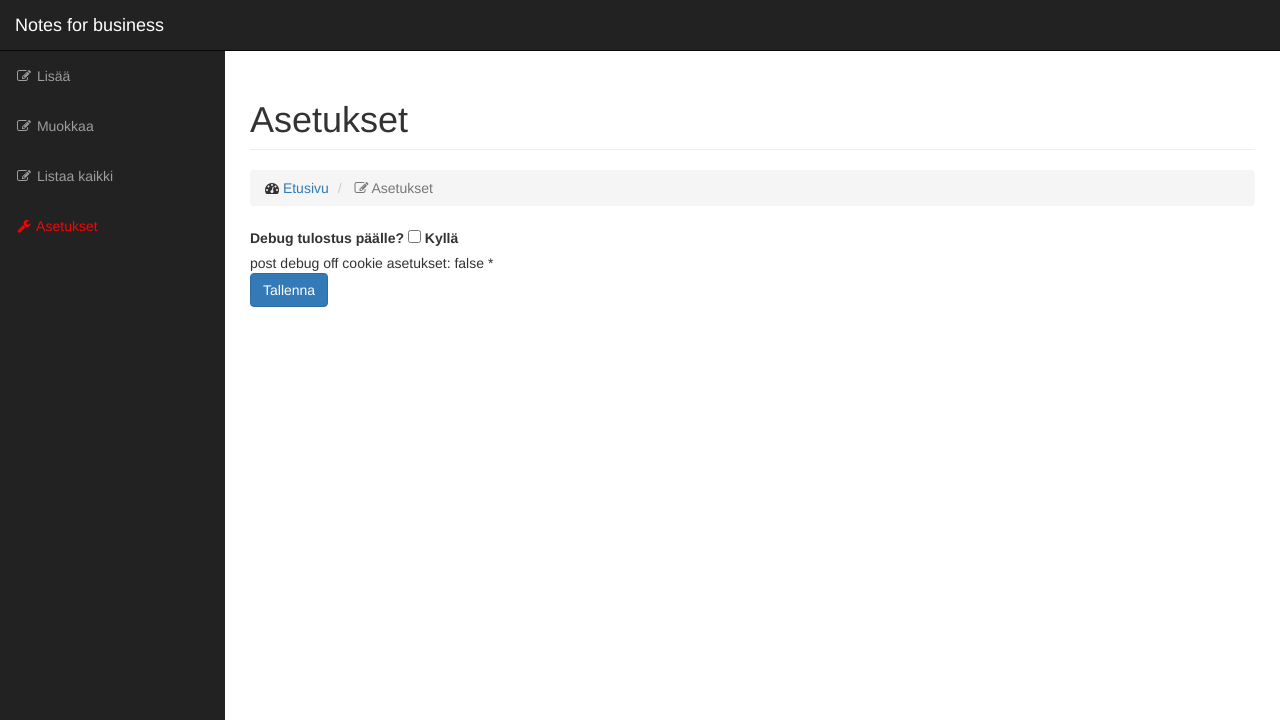
Repository: TommiKurjensalo/php
Page: http://localhost/asetukset.php
The author's editor kept a copy of each file at every save. The page is drawn from the files as they stood at one save, then again after the next save.
The browser window is 1280 px wide. The pictures show the whole page.
The page is run by PHP 8.4 with error messages shown; the project is at /var/www/html/.

Above is the page before, as saved 2017-04-21 19:48:57.

### sivut/asetukset.php
<?php
require_once "asetuksetLuokka.php";

// Käynnistetään sessio
session_start ();

// Onko painettu tallenna-painiketta
if (isset($_POST["tallenna"])) {
	echo "<div style='padding-left:300px;'>";
	echo "post debug: ".(isset($_POST["debug"]) ? $_POST["debug"] : 'notSet') ."  tallenna painike valittu ";
	// Viedään muodostimelle kenttien arvot
		if (isset($_POST["debug"])) {
			$asetukset = $_POST["debug"];

			// Kirjoitetaan session tiedot talteen
			$_SESSION ["asetukset"] = $_POST["debug"];
			session_write_close ();

			// Asetetaan cookie, koska debug haluttiin päälle
			setcookie("isDebug", $_POST["debug"], time() +86400, "/sivut/"); // 86400 = 1 day
			echo "<br> Cookies are enabled";
			} else {
				// Tuhotaan cookie, koska käyttäjä niin halusi
				setcookie("isDebug", "", time() - 3600, "/sivut/");
				echo "<br> if isset post debug else tuhotaan ";
				$_SESSION = array ();

					if (isset ( $_COOKIE [session_name ()] )) {
						setcookie ( session_name (), '', time () - 100, '/' );
					}

				session_destroy ();
				$asetukset=null;
				echo "<br> Cookies are disabled";
		}

	echo "</div>";

	echo "<div style='padding-left:300px;'>if cookie debug sisältö: " .(isset($_COOKIE["isDebug"]) ? $_COOKIE["isDebug"] :'false'). "</div>";

}

elseif (isset ( $_POST ["debug"] )) {
	if (isset ( $_SESSION ["asetukset"] )) {
		echo "<div style='padding-left:300px;'> elseif isset post&session </div>";
		$_SESSION = array ();

		if (isset ( $_COOKIE [session_name ()] )) {
			setcookie ( session_name (), '', time () - 100, '/' );
		}

		session_destroy ();
	}

} else {

	// Sivulle tultiin ensimmäistä kertaa
	if (isset ($_COOKIE["isDebug"] )) {
		if (isset ( $_SESSION ["asetukset"] )) {
			echo "<div style='padding-left:300px;'><br>else isset session asetukset sisältö: " .$_SESSION ["asetukset"]. "</div>";
		}

		$asetukset = $_COOKIE["isDebug"];
		echo "<div style='padding-left:300px;'>";
		var_dump($asetukset);
		echo "</div>";
		echo "<div style='padding-left:300px;'>else isset cookie debug sisältö: " .$_COOKIE["isDebug"]. "</div>";
	} elseif (isset ( $_SESSION ["asetukset"] )) {
		$asetukset=$_SESSION ["asetukset"];
	}
		// Tehdään tyhjä olio
		$asetukset = new Asetukset();



}

?>

<!DOCTYPE html>
<html lang="en">

<head>

    <meta charset="utf-8">
    <meta http-equiv="X-UA-Compatible" content="IE=edge">
    <meta name="viewport" content="width=device-width, initial-scale=1">
    <meta name="description" content="">
    <meta name="author" content="">

    <title>Notes</title>

    <!-- Bootstrap Core CSS -->
    <link href="css/bootstrap.min.css" rel="stylesheet">

    <!-- Custom CSS -->
    <link href="css/sb-admin.css" rel="stylesheet">

    <!-- Custom Fonts -->
    <link href="font-awesome/css/font-awesome.min.css" rel="stylesheet" type="text/css">

    <!-- HTML5 Shim and Respond.js IE8 support of HTML5 elements and media queries -->
    <!-- WARNING: Respond.js doesn't work if you view the page via file:// -->
    <!--[if lt IE 9]>
        <script src="https://oss.maxcdn.com/libs/html5shiv/3.7.0/html5shiv.js"></script>
        <script src="https://oss.maxcdn.com/libs/respond.js/1.4.2/respond.min.js"></script>
    <![endif]-->

</head>

<body>

    <div id="wrapper">

        <!-- Navigation -->
        <nav class="navbar navbar-inverse navbar-fixed-top" role="navigation">
            <!-- Brand and toggle get grouped for better mobile display -->
            <div class="navbar-header">
                 <a class="navbar-brand" href="index.php">Notes for business</a>

            </div>

            <!-- Sidebar Menu Items - These collapse to the responsive navigation menu on small screens -->
            <div class="collapse navbar-collapse navbar-ex1-collapse">
                <ul class="nav navbar-nav side-nav">
                    <li>
                        <a href="lisaa.php"> <i class="fa fa-fw fa-edit"></i> Lisää</a>
                    </li>
                    <li>
                        <a href="muokkaa.php"><i class="fa fa-fw fa-edit"></i> Muokkaa</a>
                    </li>
                    <li>
                        <a href="listaaKaikki.php"><i class="fa fa-fw fa-edit"></i> Listaa kaikki</a>
                    </li>
                    <li>
                        <a href="asetukset.php" class="active"><i class="fa fa-fw fa-wrench"></i> Asetukset</a>
                    </li>

                </ul>
            </div>
            <!-- /.navbar-collapse -->
        </nav>

        <div id="page-wrapper">

            <div class="container-fluid">

                <!-- Page Heading -->
                <div class="row">
                    <div class="col-lg-12">
                        <h1 class="page-header">
                            Asetukset
                        </h1>
                        <ol class="breadcrumb">
                            <li>
                                <i class="fa fa-dashboard"></i>  <a href="index.php">Etusivu</a>
                            </li>
                            <li class="active">
                                <i class="fa fa-edit"></i> Asetukset
                            </li>
                        </ol>
                    </div>
                </div>
                <!-- /.row -->

                <div class="row">
                    <div class="col-lg-4">

                        <form class="form-inline" role="form" action="<?php echo htmlspecialchars($_SERVER["PHP_SELF"]);?>" method="post">

                            <div class="form-check form-check-inline">
  							  <label class="form-check-label"> Debug tulostus päälle?
	                                	<input name="debug" type="checkbox" class="form-check-input" value="true"
	                                	<?php echo ((isset($_COOKIE["isDebug"]) && $asetukset !==null) ? ' checked' : ''); ?> /> Kyllä</label>
	                                </div>

			<?php   echo (isset($_POST["debug"]) ? ' post debug on' : ' post debug off'); ?>
					<?php echo 'cookie asetukset: ' .(isset($_COOKIE["isDebug"]) ? $_COOKIE["isDebug"] : 'false'). ' *'; ?>

					<!--  echo 'sessio&cookie asetukset: ' .(isset($_SESSION["asetukset"]) && isset($_COOKIE["isDebug"]) ? $_COOKIE["isDebug"] : 'false'). ' *'; -->


                          	<div class="form-group">

                            		<input name="tallenna" type="submit" class="btn btn-primary px-2" value="Tallenna"/>

							</div>



                        </form>

                    </div> <!-- ./col-lg-4 -->

                </div>
                <!-- /.row -->

            </div>
            <!-- /.container-fluid -->

        </div>
        <!-- /#page-wrapper -->

    </div>
    <!-- /#wrapper -->

    <!-- jQuery -->
    <script src="js/jquery.js"></script>

    <!-- Bootstrap Core JavaScript -->
    <script src="js/bootstrap.min.js"></script>

</body>

</html>

### sivut/asetuksetLuokka.php
<?php

class Asetukset {

	// luokan attribuutit
	private $debug = false;

	// Luokan konstruktori asetukset toimintoa varten
	public function __construct($uusiDebug = "")
	{

		// trim poistaa tyhjät merkkijonon alusta ja lopusta
		$this->debug = ($uusiDebug);
	}

	// Muuttaa/asettaa debug-attribuutin
	public function setDebug($uusiDebug) {
		$this->debug = $uusiDebug;
	}

	// Palauttaa debug-attribuutin
	public function getDebug() {
		return $this->debug;
	}

} // Luokka Asetukset
?>

### sivut/css/sb-admin.css
/*!
 * Start Bootstrap - SB Admin (http://startbootstrap.com/)
 * Copyright 2013-2016 Start Bootstrap
 * Licensed under MIT (https://github.com/BlackrockDigital/startbootstrap/blob/gh-pages/LICENSE)
 */

/* Global Styles */

body {
    margin-top: 100px;
   /* background-color: #222; */
}

@media(min-width:768px) {
    body {
        margin-top: 50px;
    }
}

#wrapper {
    padding-left: 0;
}

#page-wrapper {
    width: 100%;
    padding: 0;
    background-color: #fff;
}

.huge {
    font-size: 50px;
    line-height: normal;
}

@media(min-width:768px) {
    #wrapper {
        padding-left: 225px;
    }

    #page-wrapper {
        padding: 10px;
    }
}

/* Top Navigation */

.top-nav {
    padding: 0 15px;
}

.top-nav>li {
    display: inline-block;
    float: left;
}

.top-nav>li>a {
    padding-top: 15px;
    padding-bottom: 15px;
    line-height: 20px;
    color: #999;
}

.top-nav>li>a:hover,
.top-nav>li>a:focus,
.top-nav>.open>a,
.top-nav>.open>a:hover,
.top-nav>.open>a:focus {
    color: #fff;
    background-color: #000;
}

.top-nav>.open>.dropdown-menu {
    float: left;
    position: absolute;
    margin-top: 0;
    border: 1px solid rgba(0,0,0,.15);
    border-top-left-radius: 0;
    border-top-right-radius: 0;
    background-color: #fff;
    -webkit-box-shadow: 0 6px 12px rgba(0,0,0,.175);
    box-shadow: 0 6px 12px rgba(0,0,0,.175);
}

.top-nav>.open>.dropdown-menu>li>a {
    white-space: normal;
}

ul.message-dropdown {
    padding: 0;
    max-height: 250px;
    overflow-x: hidden;
    overflow-y: auto;
}

li.message-preview {
    width: 275px;
    border-bottom: 1px solid rgba(0,0,0,.15);
}

li.message-preview>a {
    padding-top: 15px;
    padding-bottom: 15px;
}

li.message-footer {
    margin: 5px 0;
}

ul.alert-dropdown {
    width: 200px;
}

/* Side Navigation */

@media(min-width:768px) {
    .side-nav {
        position: fixed;
        top: 51px;
        left: 225px;
        width: 225px;
        margin-left: -225px;
        border: none;
        border-radius: 0;
        overflow-y: auto;
        background-color: #222;
        bottom: 0;
        overflow-x: hidden;
        padding-bottom: 40px;
    }

    .side-nav>li>a {
        width: 225px;
    }

	.nav .navbar-nav .side-nav > .active > a {
        color:red !important;
    }

	.side-nav a.active{
        color:red !important;
    }

    .side-nav li a:hover,
    .side-nav li a:focus {
        outline: none;
        background-color: #000 !important;
    }
}

.side-nav>li>ul {
    padding: 0;
}

.side-nav>li>ul>li>a {
    display: block;
    padding: 10px 15px 10px 38px;
    text-decoration: none;
    color: #999;
}

.side-nav>li>ul>li>a:hover {
    color: #fff;
}

/* Flot Chart Containers */

.flot-chart {
    display: block;
    height: 400px;
}

.flot-chart-content {
    width: 100%;
    height: 100%;
}

/* Custom Colored Panels */

.huge {
    font-size: 40px;
}

.panel-green {
    border-color: #5cb85c;
}

.panel-green > .panel-heading {
    border-color: #5cb85c;
    color: #fff;
    background-color: #5cb85c;
}

.panel-green > a {
    color: #5cb85c;
}

.panel-green > a:hover {
    color: #3d8b3d;
}

.panel-red {
    border-color: #d9534f;
}

.panel-red > .panel-heading {
    border-color: #d9534f;
    color: #fff;
    background-color: #d9534f;
}

.panel-red > a {
    color: #d9534f;
}

.panel-red > a:hover {
    color: #b52b27;
}

.panel-yellow {
    border-color: #f0ad4e;
}

.panel-yellow > .panel-heading {
    border-color: #f0ad4e;
    color: #fff;
    background-color: #f0ad4e;
}

.panel-yellow > a {
    color: #f0ad4e;
}

.panel-yellow > a:hover {
    color: #df8a13;
}

@media screen and (max-width: 1024px) {
				.etusivu {
				left: 50%;
				margin-left: -512px; }
		}

.etusivu {
			background: linear-gradient(to bottom,rgba(0, 0, 0, 0), rgba(0, 0, 0, 0.4)
			),url(../img/film-background.jpg);
			position: fixed;
			overflow: hidden;
			left: 0;
	  		/* Set rules to fill background */
			min-height: 100%;
			min-width: 1024px;

			/* Set up proportionate scaling */
			width: 100%;
			height: auto;
    	}

.etusivu > h1 {
		     margin: 0;
			 color: white;
			 padding: 10% 0 0 50%;
			 text-shadow: 10px 10px 0 black;
		 }

hr {
   display: block;
   position: relative;
   height: 0;
   width: 100%;
   max-height: 0;
   font-size: 1px;
   line-height: 10px;
   clear: both;
   border: none;
   border-top: 2px solid #aaaaaa;
   border-bottom: 2px solid #ffffff;
}

.table-hover>tbody>tr:hover>td, .table-hover>tbody>tr:hover>th {
  background-color: #646464;
  color:#eeeeee;
}

Loaded but not shown: sivut/css/bootstrap.min.css (library); sivut/font-awesome/css/font-awesome.min.css (library); sivut/js/jquery.js (library); sivut/js/bootstrap.min.js (library)

After the next save:
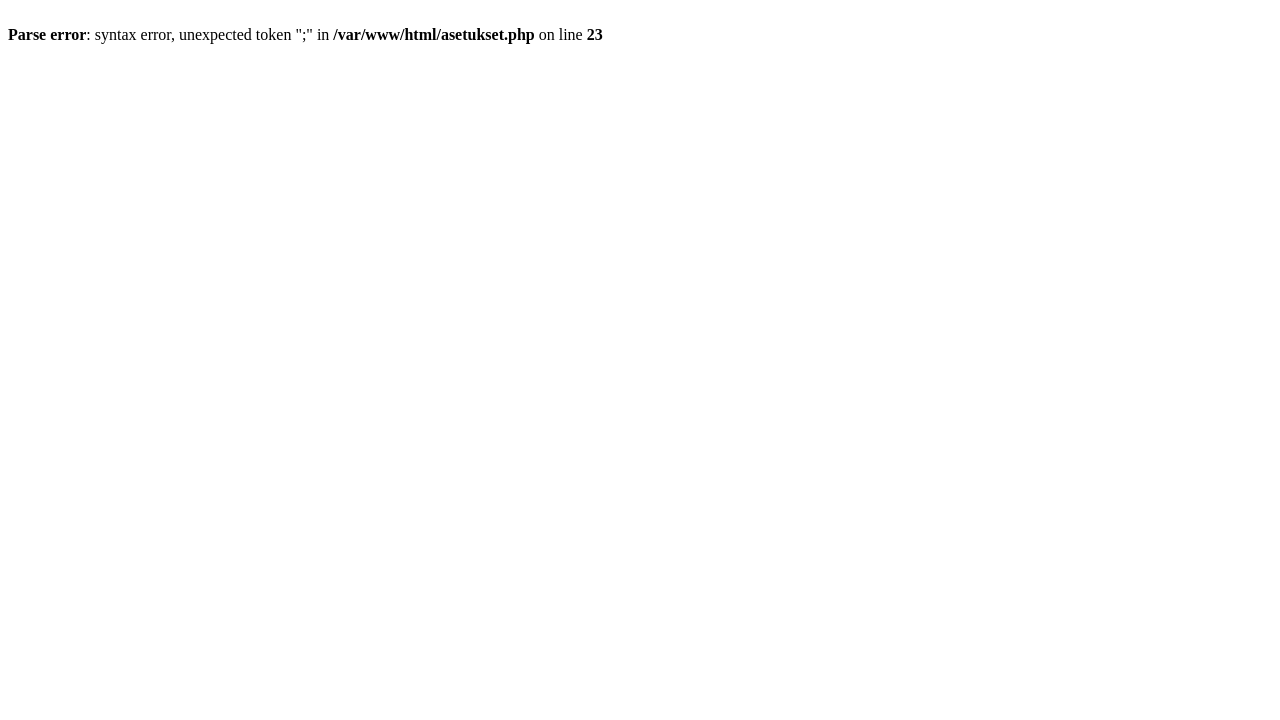
Saved 3 min 12 s later.
--- a/sivut/asetukset.php
+++ b/sivut/asetukset.php
@@ -6,8 +6,10 @@
 
 // Onko painettu tallenna-painiketta
 if (isset($_POST["tallenna"])) {
-	echo "<div style='padding-left:300px;'>";
-	echo "post debug: ".(isset($_POST["debug"]) ? $_POST["debug"] : 'notSet') ."  tallenna painike valittu ";
+	if (isset($_COOKIE["isDebug"])) {
+		echo "<div style='padding-left:300px;'>";
+		echo "post debug: ".(isset($_POST["debug"]) ? $_POST["debug"] : 'notSet') ."  tallenna painike valittu ";
+	}
 	// Viedään muodostimelle kenttien arvot
 		if (isset($_POST["debug"])) {
 			$asetukset = $_POST["debug"];
@@ -18,7 +20,7 @@
 
 			// Asetetaan cookie, koska debug haluttiin päälle
 			setcookie("isDebug", $_POST["debug"], time() +86400, "/sivut/"); // 86400 = 1 day
-			echo "<br> Cookies are enabled";
+			echo (isset($_COOKIE["isDebug"]) ? "<br> Cookies are enabled" : '';
 			} else {
 				// Tuhotaan cookie, koska käyttäjä niin halusi
 				setcookie("isDebug", "", time() - 3600, "/sivut/");

After the save that followed:
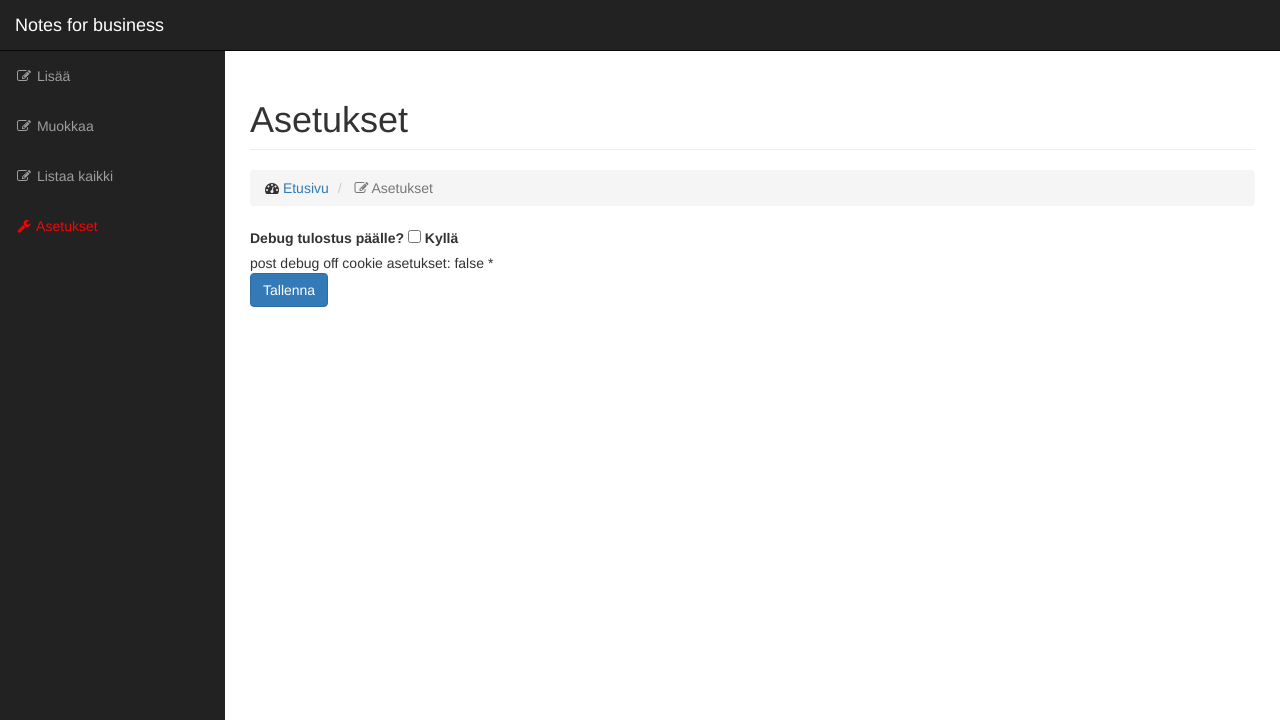
Saved 8 s later.
--- a/sivut/asetukset.php
+++ b/sivut/asetukset.php
@@ -20,7 +20,7 @@
 
 			// Asetetaan cookie, koska debug haluttiin päälle
 			setcookie("isDebug", $_POST["debug"], time() +86400, "/sivut/"); // 86400 = 1 day
-			echo (isset($_COOKIE["isDebug"]) ? "<br> Cookies are enabled" : '';
+			echo (isset($_COOKIE["isDebug"]) ? "<br> Cookies are enabled" : '');
 			} else {
 				// Tuhotaan cookie, koska käyttäjä niin halusi
 				setcookie("isDebug", "", time() - 3600, "/sivut/");
